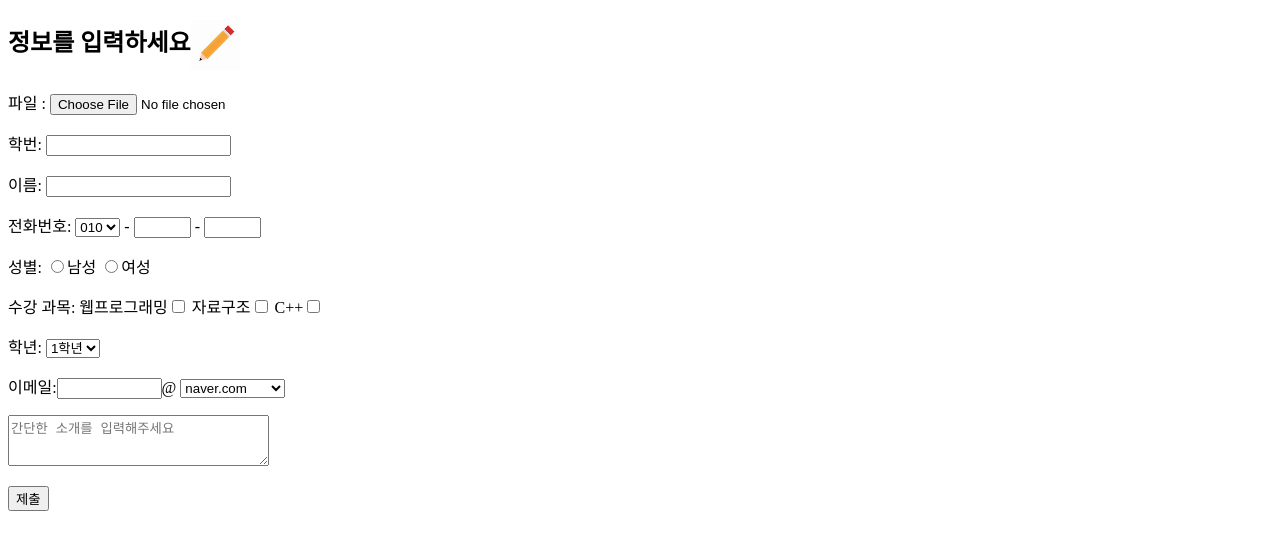
Repository: xxeionw/java_form
Page: http://localhost/formpro/form.jsp
The author's editor kept a copy of each file at every save. The page is drawn from the files as they stood at one save, then again after the next save.
The browser window is 1280 px wide. The pictures show the whole page.
The page is served by Tomcat 9.

Above is the page before, as saved 2025-05-27 09:57:09.

After the next save:
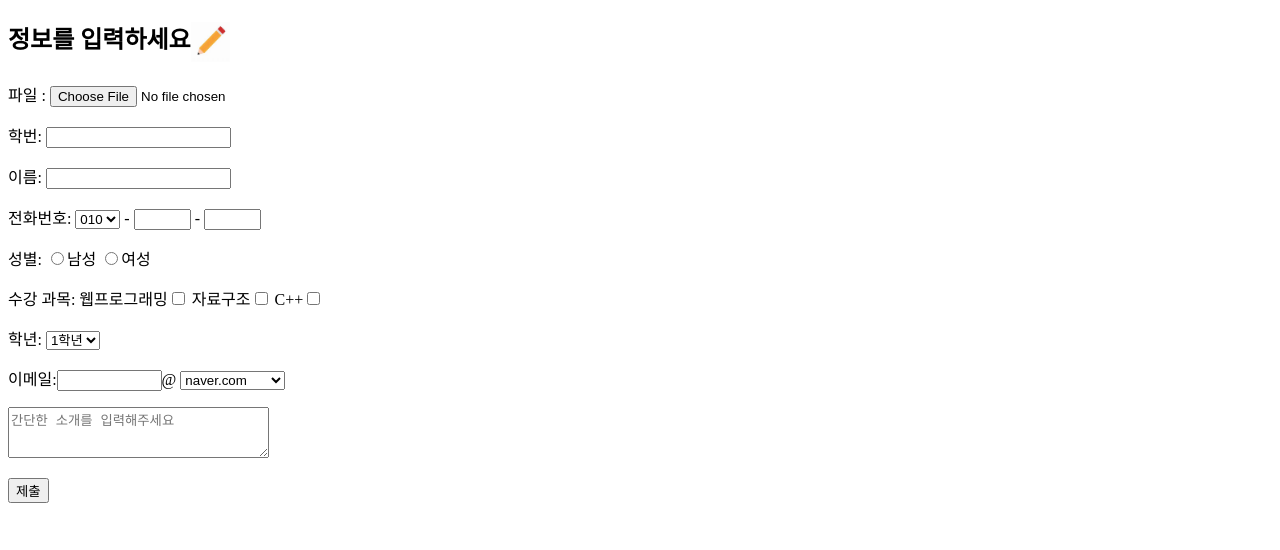
Saved 8 s later.
--- a/formpro/src/main/webapp/form.jsp
+++ b/formpro/src/main/webapp/form.jsp
@@ -7,7 +7,7 @@
 <title>입력 폼</title>
 </head>
 <body>
-	<h2> 정보를 입력하세요<img src="image/pencil.jpeg" alt="사진" style = "height:50px; vertical-align: middle;"/></h2>
+	<h2> 정보를 입력하세요<img src="image/pencil.jpeg" alt="사진" style = "height:40px; vertical-align: middle;"/></h2>
     <form action="result.jsp" method="post" enctype="multipart/form-data" >
         <p>파일 : <input type="file" name="filename">
         <p>학번: <input type="text" name="studentId"></p>
